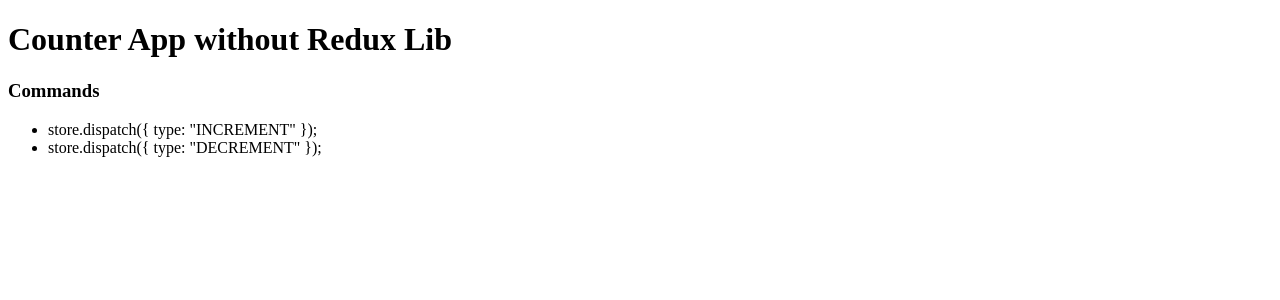
Repository: Kischa-hub/implement-Redux-from-scratch
Page: counter2.html
These files come from the project's save history. The page is drawn as it stood at one moment and after the next save; the edit follows.
The browser window is 1280 px wide. The pictures show the whole page.

Above is the page before, as saved 2021-02-02 16:23:54.

After the next save:
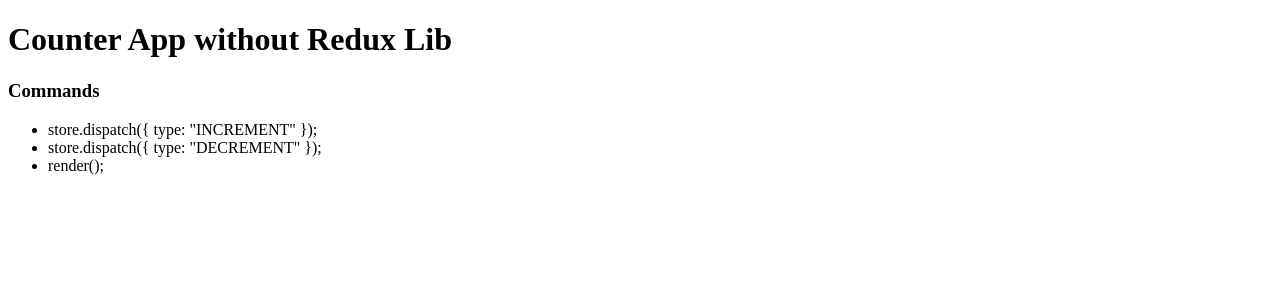
Saved 47 s later.
--- a/counter2.html
+++ b/counter2.html
@@ -12,6 +12,7 @@
     <ul>
       <li>store.dispatch({ type: "INCREMENT" });</li>
       <li>store.dispatch({ type: "DECREMENT" });</li>
+      <li>render();</li>
     </ul>
   </body>
 </html>
